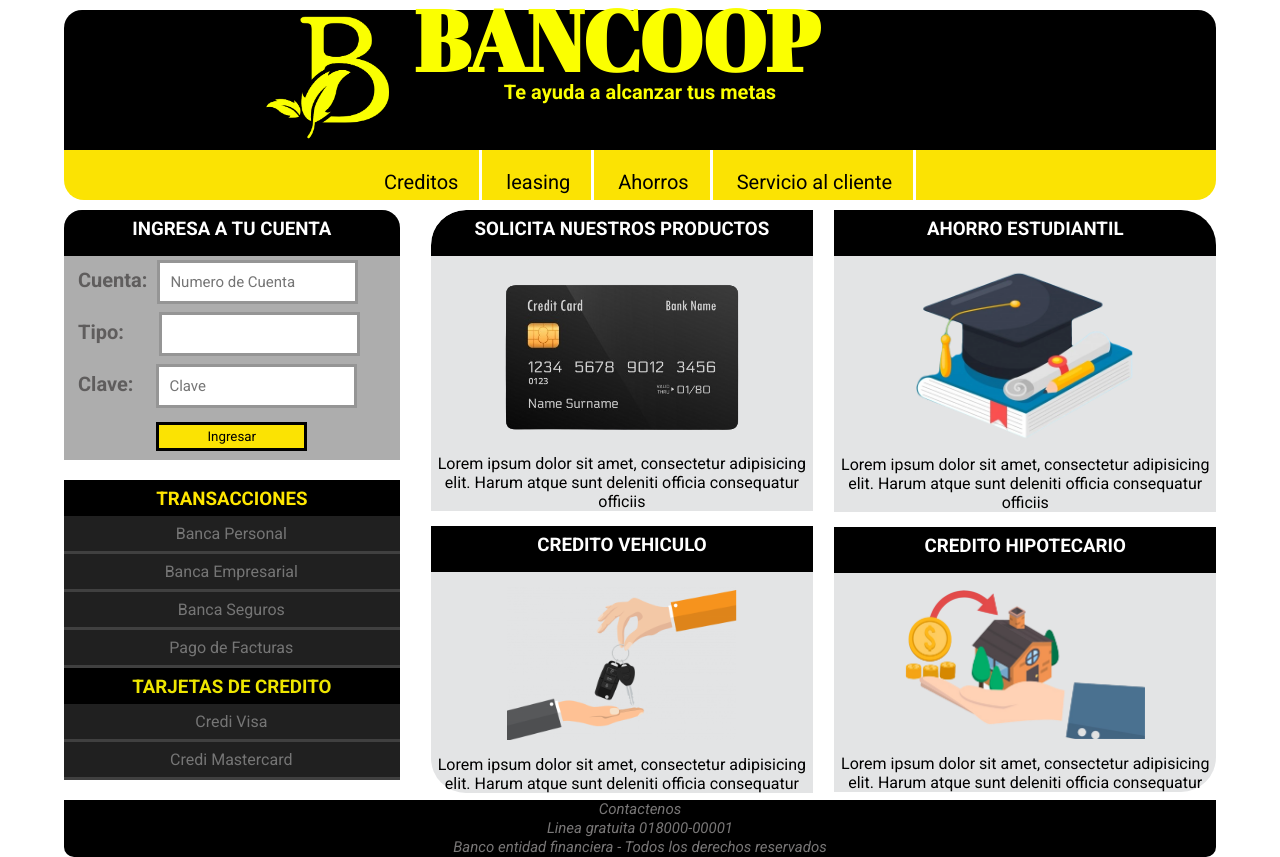
Repository: NickArregoces/BANCOOP
Page: Index.html
These files come from the project's save history. The page is drawn as it stood at one moment and after a run of saves; the edit follows.
The browser window is 1280 px wide. The pictures show the whole page.

Above is the page before, as saved 2021-10-08 21:50:44.

After the next 2 saves:
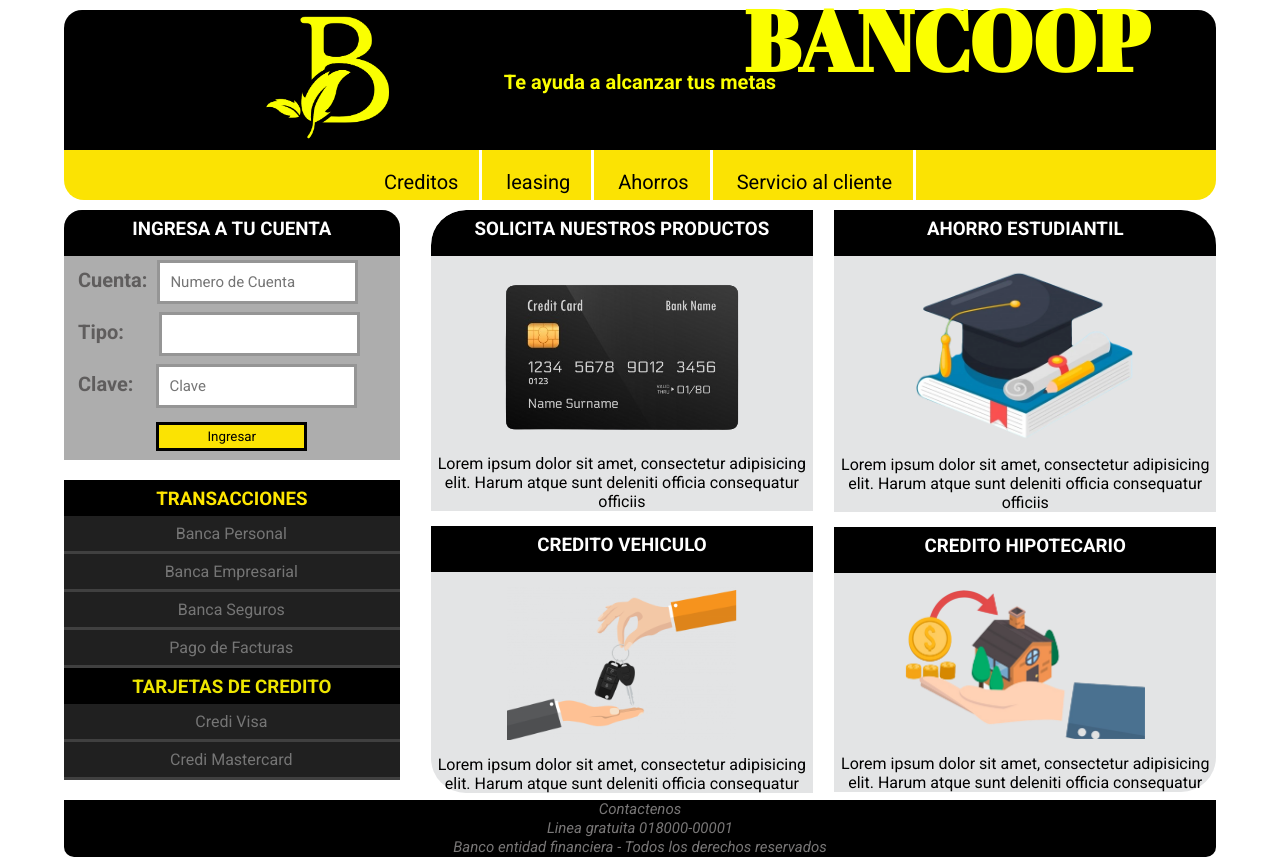
The 2 saves are shown as one change because they came seconds apart.
The last was saved 16 s later.
--- a/CSS/Style.css
+++ b/CSS/Style.css
@@ -26,7 +26,7 @@ header{
     }
     header .title h1{
         width: 400px;
-        margin-top: 10px;
+        float: left;
         margin-left: 350px;
         font-family: 'Abril Fatface', cursive;
         font-size: 85px;

After the 2 saves that followed:
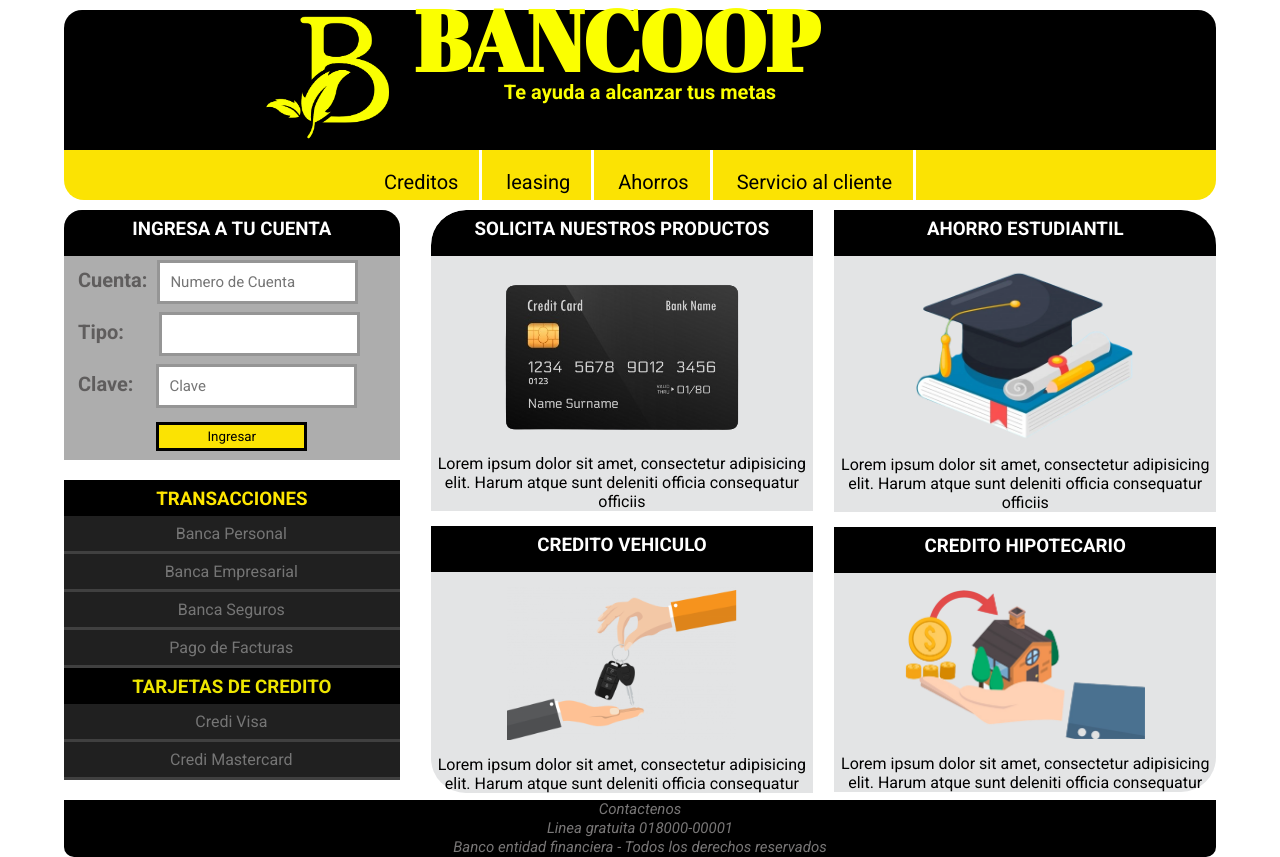
The 2 saves are shown as one change because they came seconds apart.
The last was saved 9 s later.
--- a/CSS/Style.css
+++ b/CSS/Style.css
@@ -26,7 +26,7 @@ header{
     }
     header .title h1{
         width: 400px;
-        float: left;
+        float: ce;
         margin-left: 350px;
         font-family: 'Abril Fatface', cursive;
         font-size: 85px;
